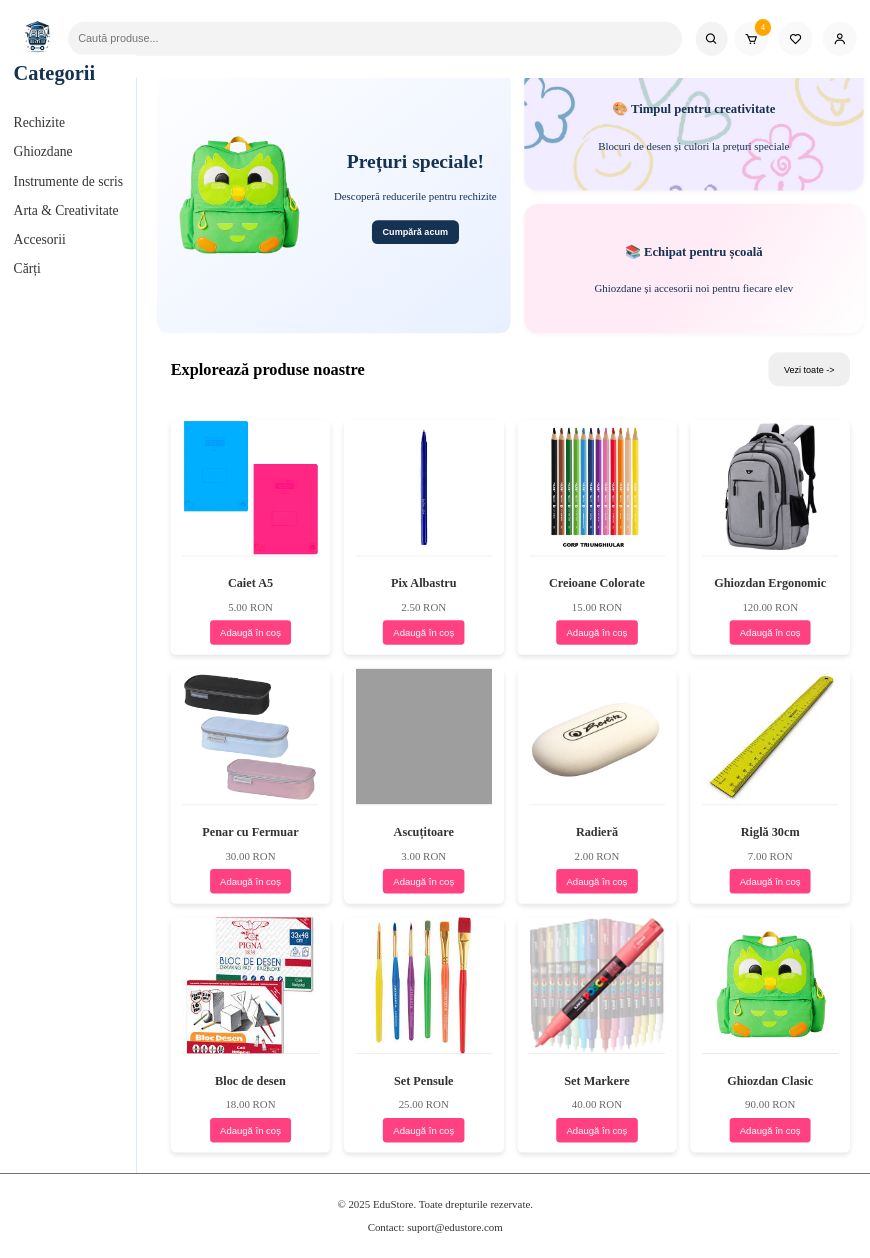
Repository: Roxana5504/WebDev-Project
Page: frontend/index.html
The author's editor kept a copy of each file at every save. The page is drawn from the files as they stood at one save, then again after the next save.
The browser window is 1280 px wide. The pictures show the whole page, at 68% of full size.
Pictures or frames that could not be fetched are drawn as grey boxes.

Above is the page before, as saved 2025-04-23 17:39:52.

### frontend/index.html
<!DOCTYPE html>
<html lang="ro">
  <head>
    <meta charset="UTF-8" />
    <meta name="viewport" content="width=device-width, initial-scale=1.0" />
    <title>Căutare Produse</title>
    <link rel="stylesheet" href="/styles.css" />
    <link
      href="https://cdn.jsdelivr.net/npm/boxicons@2.1.4/css/boxicons.min.css"
      rel="stylesheet"
    />
  </head>

  <body>
    <header class="container-header">
      <div class="logo">
        <img src="/backend/images/logoDWS.png" alt="EduStore" />
      </div>

      <div class="search-bar">
        <button class="sidebar-toggle" id="sidebar-toggle">
          <i class="bx bx-menu"></i>
        </button>
        <input type="text" id="search-input" placeholder="Caută produse..." />
        <button class="search-btn" id="search-btn">
          <i class="bx bx-search"></i>
        </button>
      </div>

      <div class="header-icons">
        <div class="header-icon">
          <span class="cart-items">4</span>
          <i class="bx bx-cart"></i>
        </div>
        <div class="header-icon">
          <i class="bx bx-heart"></i>
        </div>
        <div class="header-icon profile">
          <i class="bx bx-user"></i>
        </div>
      </div>
    </header>

    <div class="main-content">
      <aside class="sidebar">
        <div>
          <h2>Categorii</h2>
          <ul>
            <li>Rechizite</li>
            <li>Ghiozdane</li>
            <li>Instrumente de scris</li>
            <li>Arta & Creativitate</li>
            <li>Accesorii</li>
            <li>Cărți</li>
          </ul>
        </div>
      </aside>

      <div class="container">
        <section class="banner">
          <div class="banner-left">
            <div class="banner-left-content">
              <div class="img-cont">
                <img src="/backend/images/gh.jpg" alt="Oferta specială" />
              </div>

              <div class="banner-text">
                <h2>Prețuri speciale!</h2>
                <p>Descoperă reducerile pentru rechizite</p>
                <button class="buy-now-btn" id="buy-now-btn">
                  Cumpără acum
                </button>
              </div>
            </div>
          </div>

          <div class="banner-right">
            <div class="banner-right-up">
              <h3>🎨 Timpul pentru creativitate</h3>
              <p>Blocuri de desen și culori la prețuri speciale</p>
            </div>
            <div class="banner-right-down">
              <h3>📚 Echipat pentru școală</h3>
              <p>Ghiozdane și accesorii noi pentru fiecare elev</p>
            </div>
          </div>
        </section>

        <section class="products">
          <div class="products-explore-line">
            <h2>Explorează produse noastre</h2>
            <button class="all-products-button">Vezi toate -></button>
          </div>
          <div id="product-list" class="product-list"></div>
        </section>
      </div>
    </div>
    <footer>
      <p>&copy; 2025 EduStore. Toate drepturile rezervate.</p>
      <p>Contact: suport@edustore.com</p>
    </footer>
    <script src="script.js"></script>
  </body>
</html>

### frontend/styles.css
/*CSS Roxana*/
html,
body {
  height: auto; /* nu mai forțăm 100% */
  min-height: 100%;
  margin: 0;
  padding-top: 40px;
  overflow-x: hidden;
}

.modal-overlay {
  position: fixed;
  top: 0;
  left: 0;
  right: 0;
  bottom: 0;
  background: rgba(0, 0, 0, 0.6);
  display: flex;
  align-items: center;
  justify-content: center;
  padding: 20px;
  z-index: 9999;
  overflow-y: auto;
  box-sizing: border-box;
}

.modal-content {
  display: flex;
  flex-direction: column;
  background: white;
  padding: 20px;
  border-radius: 10px;
  max-width: 800px;
  width: 100%;
  max-height: 90vh;
  overflow-y: auto;
  position: relative;
  box-sizing: border-box;
  align-items: center;
}

.modal-buttons {
  align-items: center;
  display: flex;
  gap: 10px;
  margin-top: 20px;
}

.modal-content button {
  background-color: black;
  color: white;
  font-weight: bold;
  border: none;
  padding: 12px 16px;
  border-radius: 5px;
}

.close-btn {
  position: absolute;
  top: 10px;
  right: 15px;
  font-size: 24px;
  cursor: pointer;
  color: red;
}

.modal-products {
  display: flex;
  flex-wrap: wrap;
  gap: 20px;
}

.modal-product-card {
  width: 200px;
  border: 1px solid #eee;
  border-radius: 10px;
  padding: 10px;
  text-align: center;
}

.modal-product-card img {
  max-width: 100%;
  height: auto;
  border-radius: 5px;
}

.container-header {
  position: fixed;
  top: 0px;
  background-color: white;
  z-index: 98;
  padding: 20px;
  display: flex;
  align-items: center;
  justify-content: space-between;
  width: 100%;
  box-sizing: border-box;
  flex-wrap: wrap;
  gap: 10px;
}

.logo img {
  height: 70px;
  cursor: pointer;
}

.search-bar {
  flex: 1;
  gap: 20px;
  display: flex;
  align-items: center;
  position: relative;
  max-width: 1000px;
}

.search-btn {
  width: 50px;
  height: 50px;
  border-radius: 100%;
  border: none;
  background-color: #f3f3f3;
  display: flex;
  justify-content: center;
  align-items: center;
  cursor: pointer;
  font-size: 20px;
}

.search-bar input {
  min-width: 200px;
  width: 100%;
  height: 50px;
  padding: 10px 15px;
  border-radius: 50px;
  border: none;
  background-color: #f3f3f3;
  font-size: 16px;
  outline: none;
  box-sizing: border-box;
}

.header-icons {
  display: flex;
  align-items: center;
  gap: 15px;
}

.header-icon {
  position: relative;
  width: 50px;
  height: 50px;
  background-color: #f9f9f9;
  border-radius: 50%;
  display: flex;
  justify-content: center;
  align-items: center;
  cursor: pointer;
}

.header-icon i {
  font-size: 20px;
  color: black;
}

.cart-items {
  position: absolute;
  top: -4px;
  right: -4px;
  background-color: orange;
  color: white;
  font-size: 12px;
  border-radius: 100%;
  padding: 5px 9px;
}

.main-content {
  display: flex;
  width: 100%;
  box-sizing: border-box;
}

.container {
  flex: 1;
  width: 100%;
  margin: 0px auto;
  display: flex;
  flex-direction: column;
  padding: 10px;
  max-width: 1200px;
  box-sizing: border-box;
  justify-content: flex-start;
}

.sidebar {
  position: relative;
  height: auto;
  width: 200px;
  padding-right: 0px;
  margin-right: 20px;
  border-right: 1px solid rgb(203, 227, 255);
}

.sidebar div {
  position: sticky;
  top: 0px;
  background-color: white;
  z-index: 99;
}

.sidebar h2 {
  padding: 10px 0 10px 20px;
  font-size: 30px;
  font-weight: bold;
  margin-top: 0px;
  color: rgb(22, 50, 82);
}

.sidebar ul {
  list-style: none;
  padding: 0;
  margin: 0;
  margin-left: 20px;
}

.sidebar ul li {
  padding: 10px 0;
  font-size: 20px;
  color: #333;
  cursor: pointer;
  transition: color 0.3s ease;
}

.sidebar ul li:hover {
  color: #0d4e5a;
}

.sidebar-toggle {
  background: none;
  border: none;
  font-size: 25px;
  cursor: pointer;
  display: none;
}

.banner {
  display: flex;
  flex-wrap: wrap;
  gap: 20px;
  width: 100%;
  box-sizing: border-box;
}

.banner-left {
  box-sizing: border-box;
  background: linear-gradient(to bottom right, #fefeff, #e8f0ff);
  border-radius: 16px;
  padding: 10px;
  position: relative;
  display: flex;
  align-items: center;
  flex: 1;
}

.banner-left-content {
  display: flex;
  gap: 20px;
  align-items: center;
  flex-wrap: wrap;
  width: 100%;
  justify-content: center;
  text-align: center;
}

.banner-left-content img {
  width: 100%;
  max-width: 220px;
  height: auto;
  border-radius: 10px;
  object-fit: cover;
}

.banner-text {
  flex: 1;
  display: flex;
  flex-direction: column;
  gap: 10px;
}

.banner-text h2 {
  font-size: 1.8rem;
  color: rgb(22, 50, 82);
  margin: 0;
}

.banner-text p {
  font-size: 1rem;
  color: rgb(22, 50, 82);
}

.buy-now-btn {
  background-color: rgb(22, 50, 82);
  max-width: 200px;
  color: white;
  border: none;
  padding: 10px 16px;
  border-radius: 8px;
  font-weight: bold;
  cursor: pointer;
  align-self: center;
}

.banner-right {
  flex: 1;
  display: flex;
  flex-direction: column;
  justify-content: space-between;
  gap: 20px;
  min-width: 300px;
}

.banner-right-up,
.banner-right-down {
  border-radius: 20px;
  padding: 20px;
  text-align: center;
  min-height: 150px;
  display: flex;
  flex-direction: column;
  justify-content: center;
  box-shadow: 0 2px 6px rgba(0, 0, 0, 0.05);
}

.banner-right-up {
  background: url("/backend/images/bkgdsw.jpg");
  background-size: cover;
  color: rgb(22, 50, 82);
  flex: 1;
}

.banner-right-down {
  background: #ffebf5;
  background: linear-gradient(
    124deg,
    rgba(255, 235, 245, 1) 50%,
    rgba(255, 255, 255, 1) 100%
  );
  color: rgb(22, 50, 82);
  flex: 1;
}

footer {
  text-align: center;
  padding: 20px;
  border-top: 1px solid #333;
  color: #333;
  background-color: white;
}

.products-explore-line {
  display: flex;
  justify-content: space-between;
  width: 100%;
  box-sizing: border-box;
  align-items: center;
  padding: 20px;
}

.all-products-button {
  border: none;
  border-radius: 16px;
  padding: 0px 10px;
  width: 120px;
  height: 50px;
  cursor: pointer;
}

@media (max-width: 768px) {
  .search-bar {
    gap: 10px;
    width: 100%;
    margin: 0px;
    order: 1;
    display: flex;
    justify-content: center;
  }

  .search-bar input {
    flex: 1;
    margin: 0 10px;
  }

  .banner {
    flex-direction: column;
  }

  .banner-left {
    width: 100%;
    flex: none;
  }

  .banner-right {
    flex-direction: row;
    flex-wrap: wrap;
    width: 100%;
    gap: 20px;
  }

  .banner-right-up,
  .banner-right-down {
    flex: 1 1 48%;
    min-width: 48%;
    padding: 15px;
  }
}

@media (max-width: 600px) {
  .modal-products {
    flex-direction: column;
    align-items: center;
  }

  .modal-product-card {
    width: 100%;
    max-width: 300px;
  }
  .sidebar {
    position: fixed;
    z-index: 99;
    transform: translateX(-100%);
    display: none;
    border: none;
  }

  .sidebar-toggle {
    display: block;
  }

  .sidebar.open {
    transform: translateX(0);
    display: block;
  }

  .sidebar h2 {
    font-size: 22px;
  }

  .sidebar ul li {
    font-size: 16px;
  }
}

/*Sfarsit CSS Roxana*/

.product-list {
  display: grid;
  grid-template-columns: repeat(auto-fit, minmax(220px, 1fr));
  gap: 20px;
  padding: 20px;
}

.product-card {
  background: white;
  border-radius: 8px;
  box-shadow: 0px 4px 8px rgba(0, 0, 0, 0.1);
  overflow: hidden;
  text-align: center;
  transition: transform 0.2s ease-in-out;
}

.product-card:hover {
  transform: scale(1.05);
}

.product-card img {
  width: 100%;
  height: 200px;
  object-fit: cover;
  border-bottom: 1px solid #ddd;
}

.product-card .product-info {
  padding: 15px;
}

.product-card h3 {
  font-size: 18px;
  margin: 10px 0;
  color: #333;
}

.product-card p {
  font-size: 16px;
  color: #666;
  margin-bottom: 10px;
}

.product-card button {
  background: #ff4081;
  color: white;
  border: none;
  padding: 10px 15px;
  border-radius: 5px;
  cursor: pointer;
  font-size: 14px;
  transition: background 0.3s;
}

.product-card button:hover {
  background: #e6006e;
}

@media (max-width: 768px) {
  .product-list {
    grid-template-columns: repeat(auto-fit, minmax(180px, 1fr));
  }
}

### frontend/script.js
//Roxana
document.addEventListener("DOMContentLoaded", function () {
  const categoryItems = document.querySelectorAll("aside li")
  const productList = document.getElementById("product-list")
  let products = []

  fetch("/products.json")
    .then((response) => {
      if (!response.ok) {
        throw new Error("Eroare la încărcarea fișierului products.json")
      }
      return response.json()
    })
    .then((data) => {
      products = data.products.map((product) => {
        const name = product.name.toLowerCase()
        let category = "altele"

        if (name.includes("ghiozdan")) category = "ghiozdane"
        else if (
          name.includes("pix") ||
          name.includes("creion") ||
          name.includes("marker") ||
          name.includes("pensul")
        )
          category = "arta-creativitate"
        else if (
          name.includes("radier") ||
          name.includes("ascuțitoare") ||
          name.includes("rigl")
        )
          category = "accesorii"
        else if (
          name.includes("caiet") ||
          name.includes("penar") ||
          name.includes("bloc")
        )
          category = "rechizite"

        return { ...product, category }
      })

      renderProducts()
    })
    .catch((error) => {
      console.error("Eroare la încărcare produse:", error)
    })

  function renderProducts() {
    productList.innerHTML = ""
    products.forEach((product) => {
      const productCard = document.createElement("div")
      productCard.classList.add("product-card")
      productCard.setAttribute("data-category", product.category)
      productCard.innerHTML = `
        <img src="${product.image}" alt="${
        product.name
      }" style="width: 200px; height: 200px; object-fit: cover;">
        <div class="product-info">
          <h3>${product.name}</h3>
          <p>${product.price.toFixed(2)} RON</p>
          <button>Adaugă în coș</button>
        </div>
      `
      productList.appendChild(productCard)
    })
  }

  categoryItems.forEach((item) => {
    item.addEventListener("click", function () {
      const category = this.textContent
        .trim()
        .toLowerCase()
        .replace(/\s+/g, "-")
      const productCards = document.querySelectorAll(".product-card")

      productCards.forEach((product) => {
        if (
          product.getAttribute("data-category") === category ||
          category === "toate"
        ) {
          product.style.display = "flex"
        } else {
          product.style.display = "none"
        }
      })
    })
  })
})

document.getElementById("search-btn").addEventListener("click", () => {
  const query = document.getElementById("search-input").value.trim()

  fetch(`/products/${query}`)
    .then((res) => {
      if (!res.ok) throw new Error("Server error: " + res.status)
      return res.json()
    })
    .then((data) => {
      if (data.length > 0) {
        showModalWithProducts(data)
      } else {
        showNoProductFoundModal(query)
      }
    })
    .catch((err) => {
      console.error("Eroare:", err)
    })
})

document.getElementById("buy-now-btn").addEventListener("click", () => {
  const query = "Ghiozdan Clasic"
  fetch(`/products/${query}`)
    .then((res) => {
      if (!res.ok) throw new Error("Server error: " + res.status)
      return res.json()
    })
    .then((data) => {
      if (data.length > 0) {
        showModalWithProducts(data)
      } else {
        showNoProductFoundModal(query)
      }
    })
    .catch((err) => {
      console.error("Eroare:", err)
    })
})

function showModalWithProducts(products) {
  let modalHTML = `
      <div id="product-modal" class="modal-overlay">
        <div class="modal-content">
          <span class="close-btn" onclick="closeModal()">&times;</span>
          <h2>Rezultate Căutare</h2>
          <div class="modal-products">
    `

  products.forEach((product) => {
    modalHTML += `
        <div class="modal-product-card">
          <img src="${product.image}" alt="${product.name}" />
          <h3>${product.name}</h3>
          <p>Preț: ${product.price} lei</p>
          <p>Cantitate: ${product.quantity ?? "Nespecificat"}</p>
        </div>
      `
  })

  modalHTML += `
          </div>
        </div>
      </div>
    `

  document.body.insertAdjacentHTML("beforeend", modalHTML)
}

function showNoProductFoundModal(query) {
  const modalHTML = `
      <div id="product-modal" class="modal-overlay">
        <div class="modal-content">
          <span class="close-btn" onclick="closeModal()">&times;</span>
          <h2>Produs negăsit</h2>
          <p>Nu am găsit produsul <strong>"${query}"</strong>.</p>
          <p>Dorești să îl adaugi în magazin?</p>
          <div class="modal-buttons">
          <button onclick="openAddProductForm('${query}')">Adaugă produs</button>
          <button onclick="closeModal()">Încearcă din nou</button></div>
        </div>
      </div>
    `
  document.body.insertAdjacentHTML("beforeend", modalHTML)
}

function closeModal() {
  const modal = document.getElementById("product-modal")
  if (modal) modal.remove()
}

const sidebarToggle = document.getElementById("sidebar-toggle")
const sidebar = document.querySelector(".sidebar")

sidebarToggle.addEventListener("click", () => {
  sidebar.classList.toggle("open")
})
//Sfarsit cod Roxana

### backend/products.json
{
  "products": [
    { "name": "Caiet A5", "price": 5.0, "image": "/backend/images/caiet.jpg" },
    {
      "name": "Pix Albastru",
      "price": 2.5,
      "image": "/backend/images/pix.jpg",
      "quantity": 20
    },
    {
      "name": "Creioane Colorate",
      "price": 15.0,
      "image": "/backend/images/creioane.jpg",
      "quantity": 20
    },
    {
      "name": "Ghiozdan Ergonomic",
      "price": 120.0,
      "image": "/backend/images/ghiozdan.jpg",
      "quantity": 20
    },
    {
      "name": "Penar cu Fermuar",
      "price": 30.0,
      "image": "/backend/images/penar.jpg",
      "quantity": 20
    },
    {
      "name": "Ascuțitoare",
      "price": 3.0,
      "image": "/backend/images/ascutitoare.jpg",
      "quantity": 20
    },

    {
      "name": "Radieră",
      "price": 2.0,
      "image": "/backend/images/radiera.jpg",
      "quantity": 20
    },
    {
      "name": "Riglă 30cm",
      "price": 7.0,
      "image": "/backend/images/rigla.jpg",
      "quantity": 20
    },
    {
      "name": "Bloc de desen",
      "price": 18.0,
      "image": "/backend/images/blocdesen.jpg",
      "quantity": 20
    },
    {
      "name": "Set Pensule",
      "price": 25.0,
      "image": "/backend/images/pensule.jpg",
      "quantity": 20
    },
    {
      "name": "Set Markere",
      "price": 40.0,
      "image": "/backend/images/markere.jpg",
      "quantity": 20
    },
    {
      "name": "Ghiozdan Clasic",
      "price": 90.0,
      "image": "/backend/images/gh.jpg",
      "quantity": 20
    }
  ]
}

After the next save:
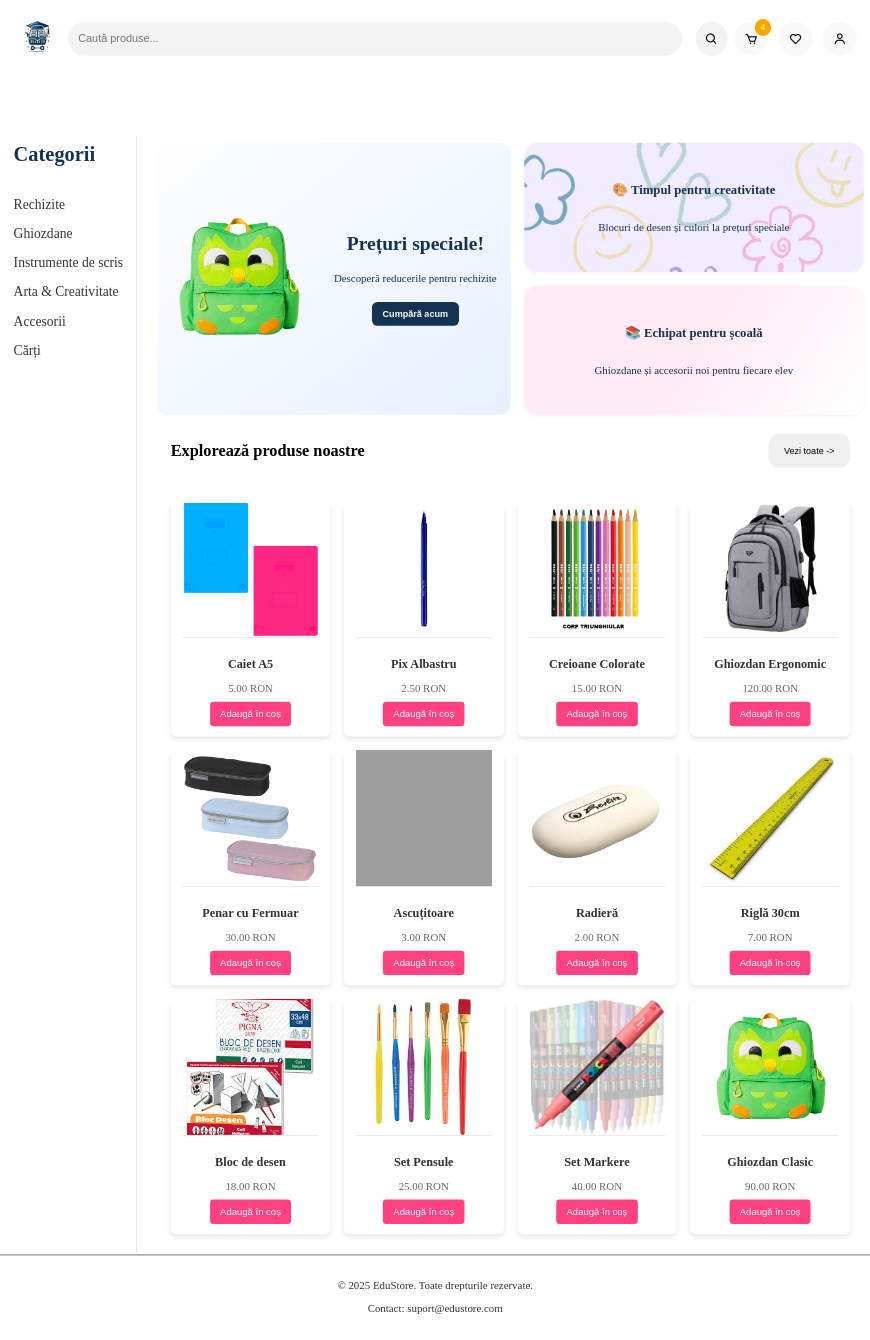
Saved 9 s later.
--- a/frontend/styles.css
+++ b/frontend/styles.css
@@ -4,7 +4,7 @@ body {
   height: auto; /* nu mai forțăm 100% */
   min-height: 100%;
   margin: 0;
-  padding-top: 40px;
+  padding-top: 100px;
   overflow-x: hidden;
 }
 
